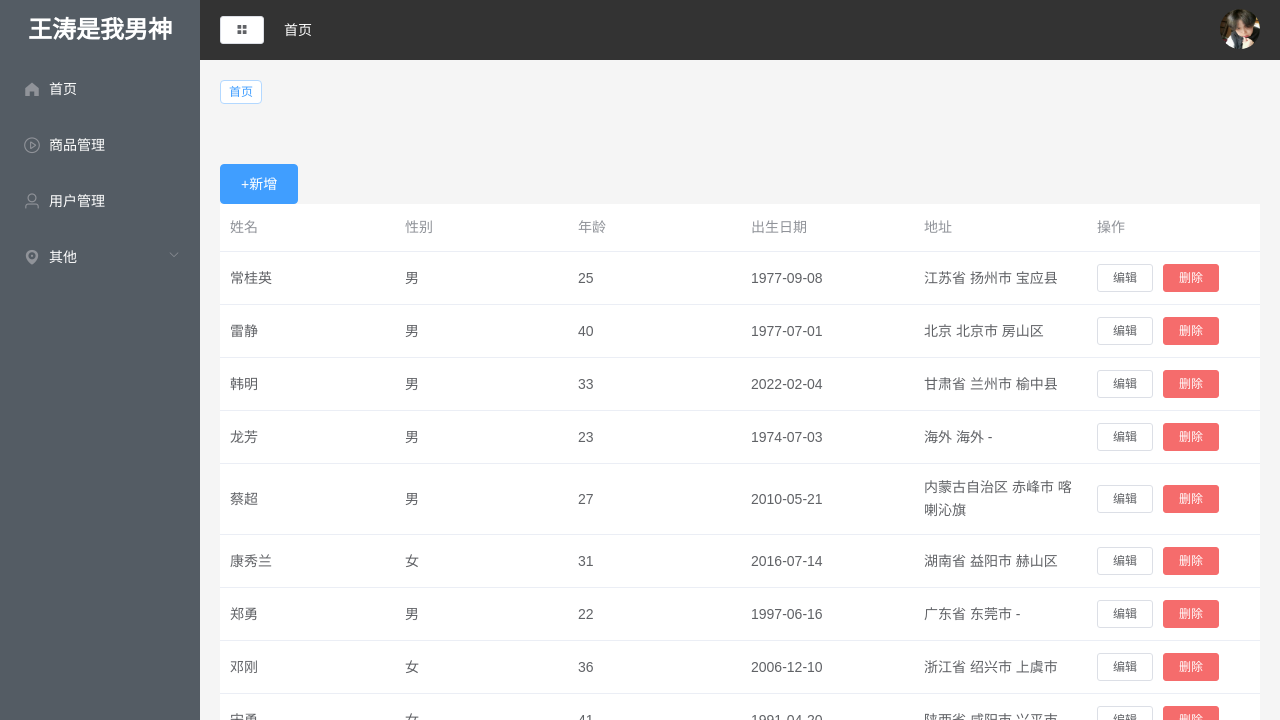
Repository: wangtao20230308/-
Page: /user
These files come from the project's save history. The page is drawn as it stood at one moment and after the next save; the edit follows.
The browser window is 1280 px wide. The pictures show the whole page.
An inner scrolling area shows only its first screen. The project was rebuilt for these pictures with package versions that can differ from the ones it lists, and the page was loaded fresh each time. Also part of the build but not shown: src/views/Home.vue, src/views/Mall.vue, src/views/PageOne.vue, src/views/PageTwo.vue.

Above is the page before, as saved 2023-03-24 16:47:24.

After the next save:
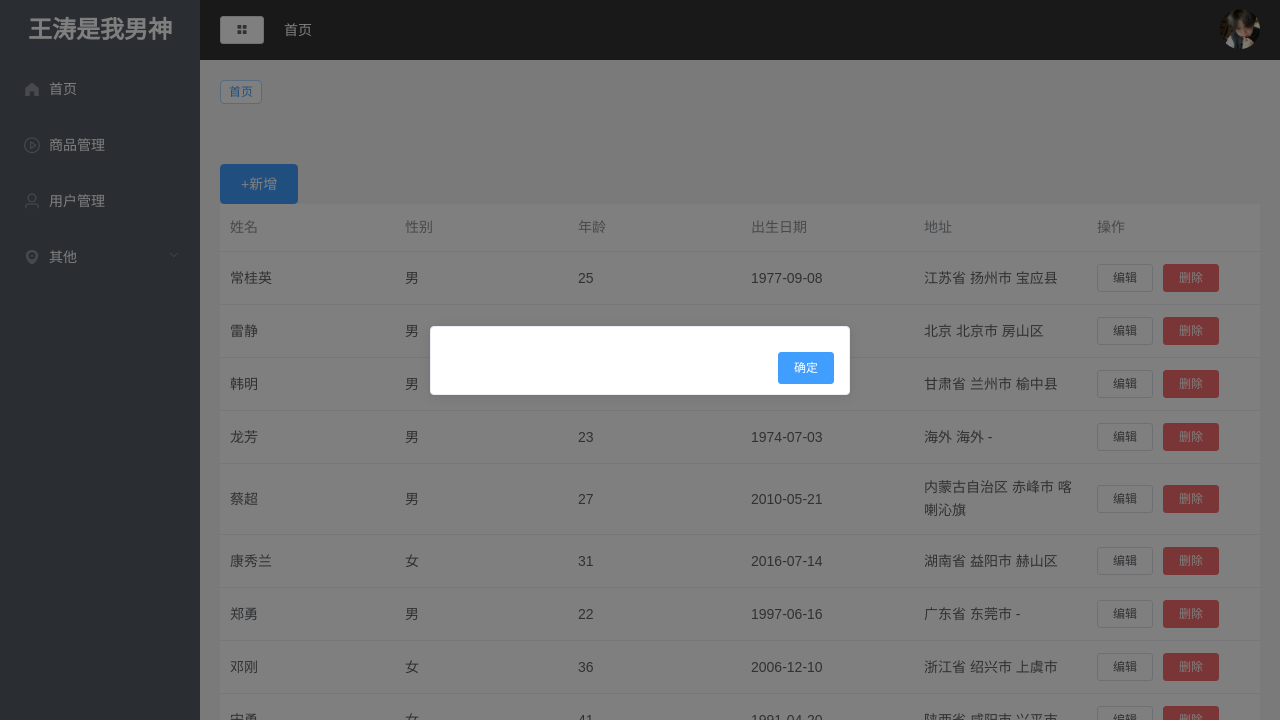
Saved 67 s later.
--- a/src/main.js
+++ b/src/main.js
@@ -7,7 +7,38 @@
 // Vue.use(ElementUI);
 
 //ele按需导入
-import { Message, DatePicker, Select, Option, Form, FormItem, Input, Dialog, Tag, Breadcrumb, BreadcrumbItem, Table, TableColumn, Col, Row, Card, Button, Radio, Container, Aside, Header, Main, Menu, Submenu, MenuItemGroup, MenuItem, Dropdown, DropdownMenu, DropdownItem } from 'element-ui'
+import {
+  MessageBox,
+  Message,
+  DatePicker,
+  Select,
+  Option,
+  Form,
+  FormItem,
+  Input,
+  Dialog,
+  Tag,
+  Breadcrumb,
+  BreadcrumbItem,
+  Table,
+  TableColumn,
+  Col,
+  Row,
+  Card,
+  Button,
+  Radio,
+  Container,
+  Aside,
+  Header,
+  Main,
+  Menu,
+  Submenu,
+  MenuItemGroup,
+  MenuItem,
+  Dropdown,
+  DropdownMenu,
+  DropdownItem,
+} from 'element-ui'
 import 'element-ui/lib/theme-chalk/index.css'
 import './assets/less/index.less'
 Vue.use(Button)
@@ -39,6 +70,7 @@
 Vue.use(Option)
 Vue.use(DatePicker)
 Vue.use(Message)
+Vue.use(MessageBox)
 
 //路由引入
 import router from './router'

After the 2 saves that followed:
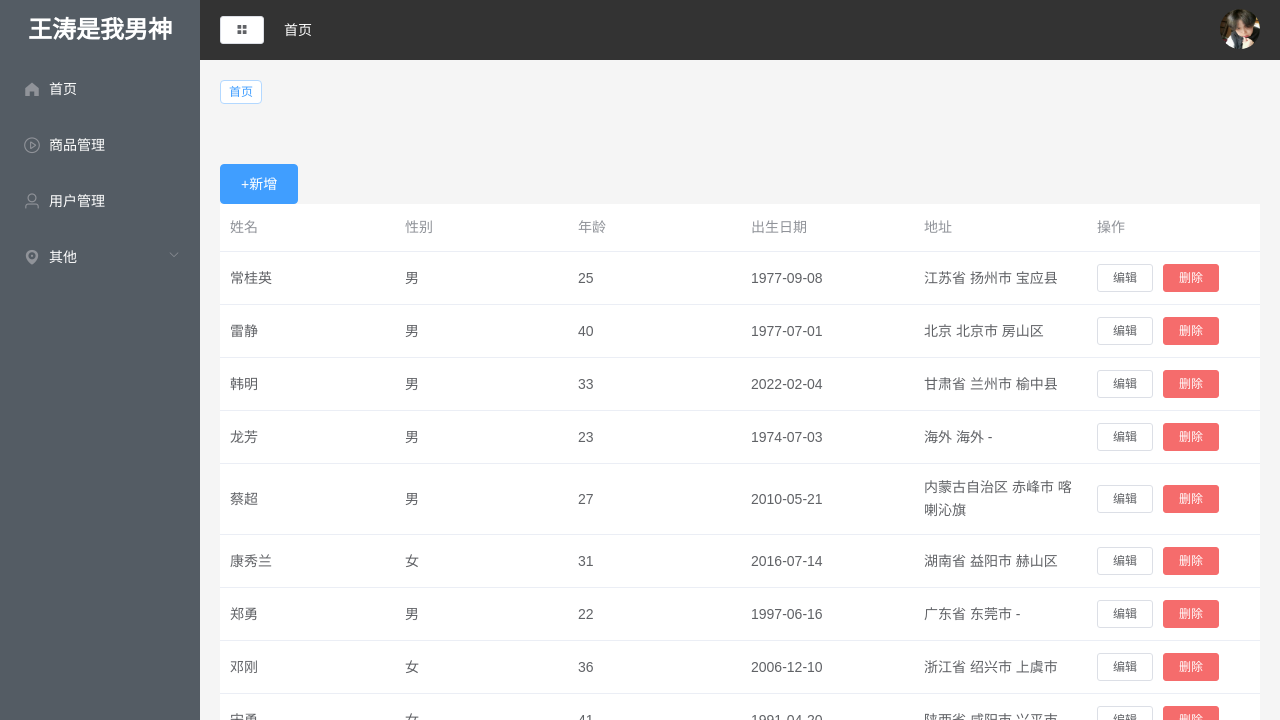
The 2 saves are shown as one change because 1 left the picture as it was.
The last was saved 12 min 1 s later.
--- a/src/main.js
+++ b/src/main.js
@@ -7,38 +7,7 @@
 // Vue.use(ElementUI);
 
 //ele按需导入
-import {
-  MessageBox,
-  Message,
-  DatePicker,
-  Select,
-  Option,
-  Form,
-  FormItem,
-  Input,
-  Dialog,
-  Tag,
-  Breadcrumb,
-  BreadcrumbItem,
-  Table,
-  TableColumn,
-  Col,
-  Row,
-  Card,
-  Button,
-  Radio,
-  Container,
-  Aside,
-  Header,
-  Main,
-  Menu,
-  Submenu,
-  MenuItemGroup,
-  MenuItem,
-  Dropdown,
-  DropdownMenu,
-  DropdownItem,
-} from 'element-ui'
+import { MessageBox, DatePicker, Select, Option, Form, FormItem, Input, Dialog, Tag, Breadcrumb, BreadcrumbItem, Table, TableColumn, Col, Row, Card, Button, Radio, Container, Aside, Header, Main, Menu, Submenu, MenuItemGroup, MenuItem, Dropdown, DropdownMenu, DropdownItem } from 'element-ui'
 import 'element-ui/lib/theme-chalk/index.css'
 import './assets/less/index.less'
 Vue.use(Button)
@@ -69,8 +38,7 @@
 Vue.use(Select)
 Vue.use(Option)
 Vue.use(DatePicker)
-Vue.use(Message)
-Vue.use(MessageBox)
+Vue
 
 //路由引入
 import router from './router'
